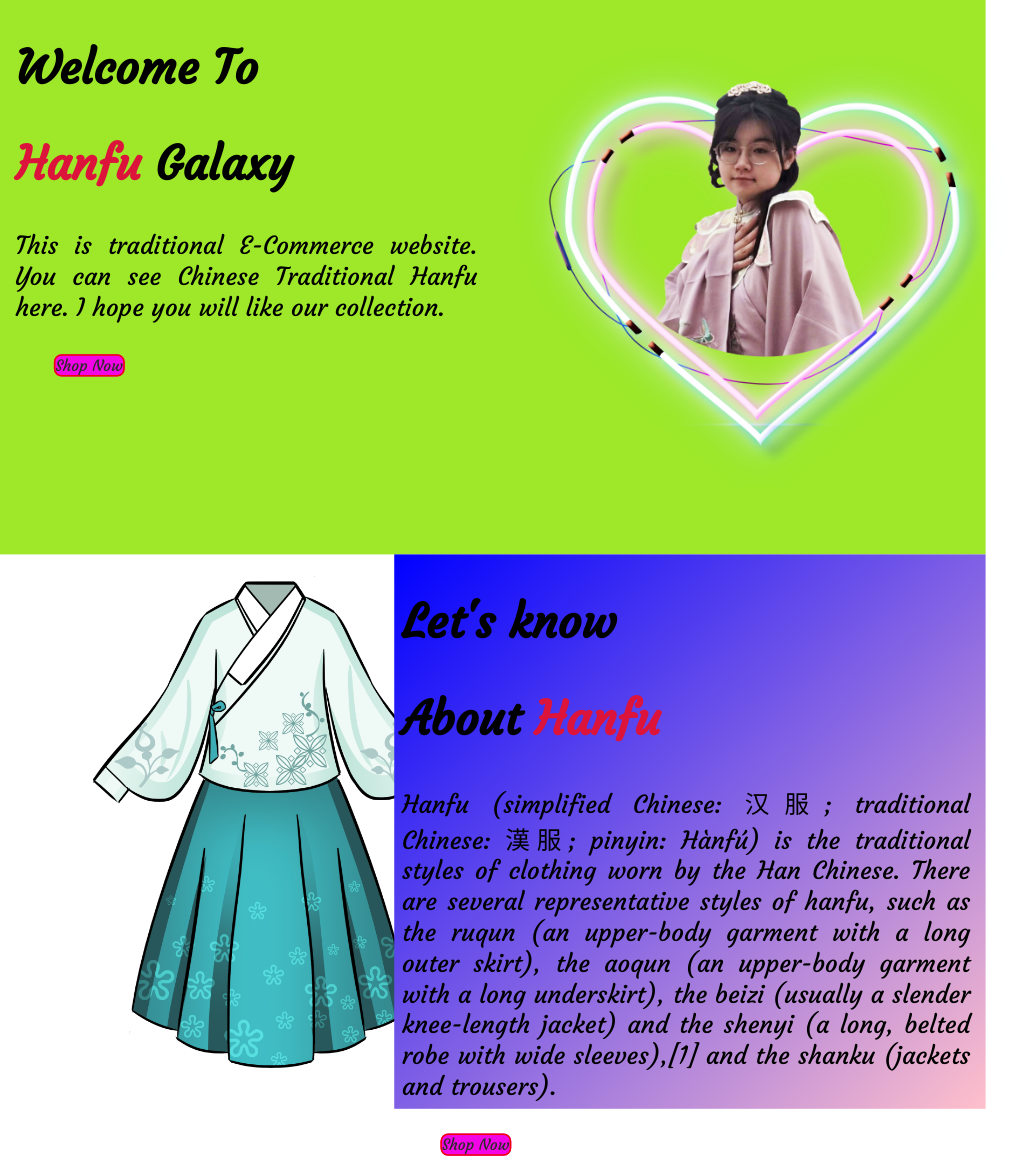
Repository: ramizraaz/E-Commerce
Page: index.html
An editor plug-in stored every save of this project. The page is shown before and after the next save, followed by the edit.
The browser window is 1280 px wide. The page is 1340 px wide, so the pictures cover 1340 px, including what lies to the right of the window. The pictures show the whole page, at 77% of full size.

Above is the page before, as saved 2022-02-06 21:42:09.

### index.html
<!DOCTYPE html>
<html lang="en">

<head>
    <meta charset="UTF-8">
    <meta http-equiv="X-UA-Compatible" content="IE=edge">
    <meta name="viewport" content="width=device-width, initial-scale=1.0">
    <title>Document</title>
    <link rel="stylesheet" href="main.css">
</head>

<body>
    <section class="top">
        <div class="container">
            <h1>Welcome To </h1>
            <h1><span> Hanfu </span>Galaxy</h1>
            <p>This is traditional E-Commerce website. You can see Chinese Traditional Hanfu here. I hope you will like our collection.
            </p>
            <a href="index.html">Shop Now</a>
        </div>
        <div class="container">
            <img src="images/bg-1.png" alt="showart">
        </div>
    </section>
    <section class="mid">
        <div class="mid-img">
            <img src="images/bg-2.png" alt="showart">
        </div>
        <div class="mid-con">
            <h1>Let's know </h1>
            <h1>About<span> Hanfu </span></h1>
            <p>Hanfu (simplified Chinese: 汉服; traditional Chinese: 漢服; pinyin: Hànfú) is the traditional styles of clothing worn by the Han Chinese. There are several representative styles of hanfu, such as the ruqun (an upper-body garment with a long outer
                skirt), the aoqun (an upper-body garment with a long underskirt), the beizi (usually a slender knee-length jacket) and the shenyi (a long, belted robe with wide sleeves),[1] and the shanku (jackets and trousers).
            </p>
            <a href="index.html">Shop Now</a>
        </div>
    </section>
</body>

</html>

### main.css
@import url('https://fonts.googleapis.com/css2?family=Courgette&display=swap');
body {
    font-family: 'Courgette', cursive;
    margin: 0;
    font-size: 2rem;
}

h1 {
    font-size: 60px;
}

p {
    text-align: justify;
}

span {
    color: crimson;
}

img {
    width: 700px;
}

a {
    text-decoration: none;
    border: 2px solid #f10404;
    border-radius: 10px;
    font-size: 20px;
    margin-left: 50px;
    background-color: #f104e6;
    color: rgb(44, 44, 41);
}

.top {
    display: flex;
    background-color: #93e60fe3;
    height: 100vh;
}

.container {
    width: 50%;
    padding-left: 20px;
}

.mid {
    display: flex;
    height: 100vh;
}

.mid-img {
    width: 40%;
}

.mid-con {
    width: 60%;
    padding: 0px 20px 0px 10px;
    background: linear-gradient(to bottom right, blue, pink);
}

After the next save:
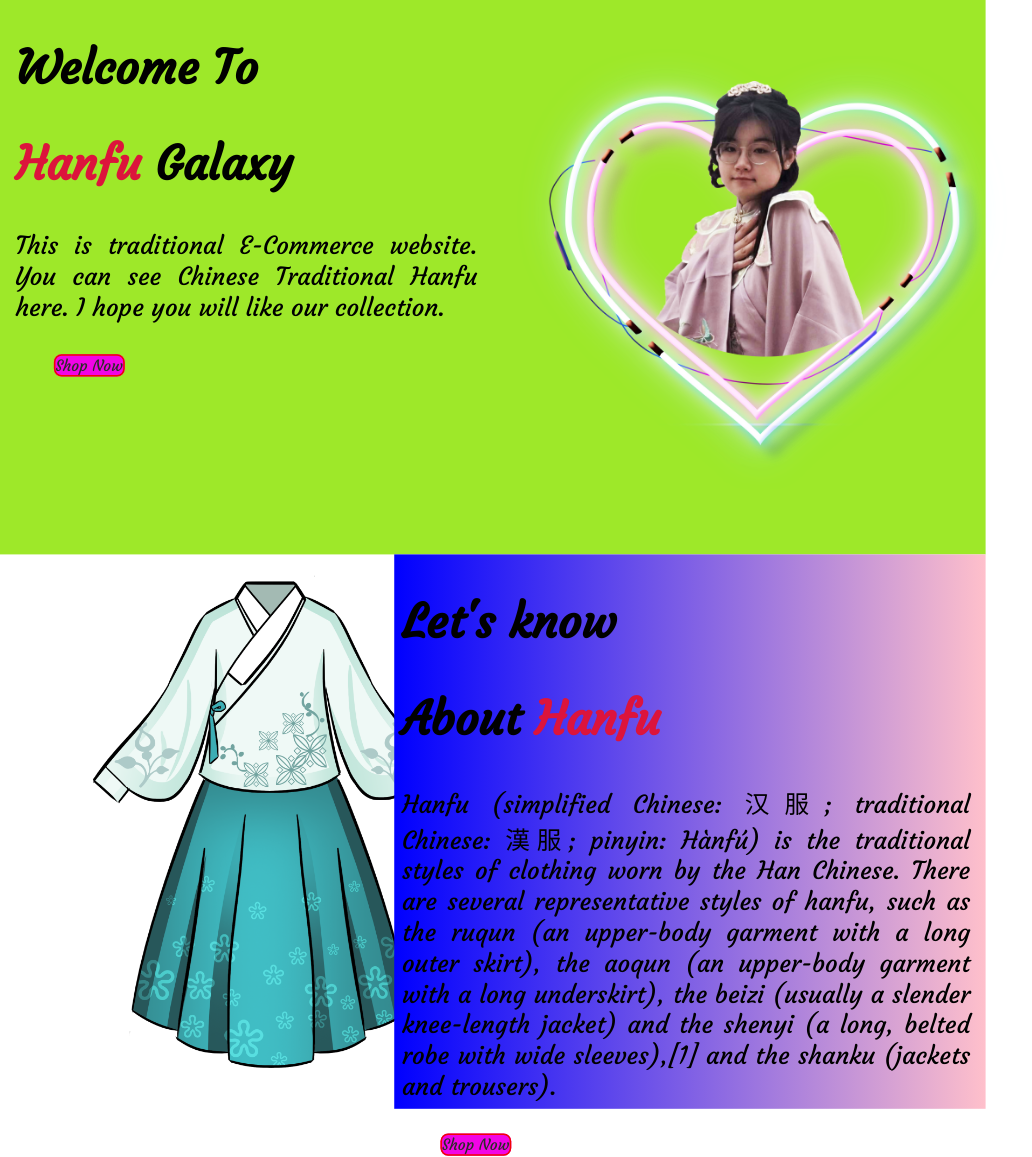
Saved 12 s later.
--- a/main.css
+++ b/main.css
@@ -54,5 +54,5 @@ a {
 .mid-con {
     width: 60%;
     padding: 0px 20px 0px 10px;
-    background: linear-gradient(to bottom right, blue, pink);
+    background: linear-gradient(to right, blue, pink);
 }
